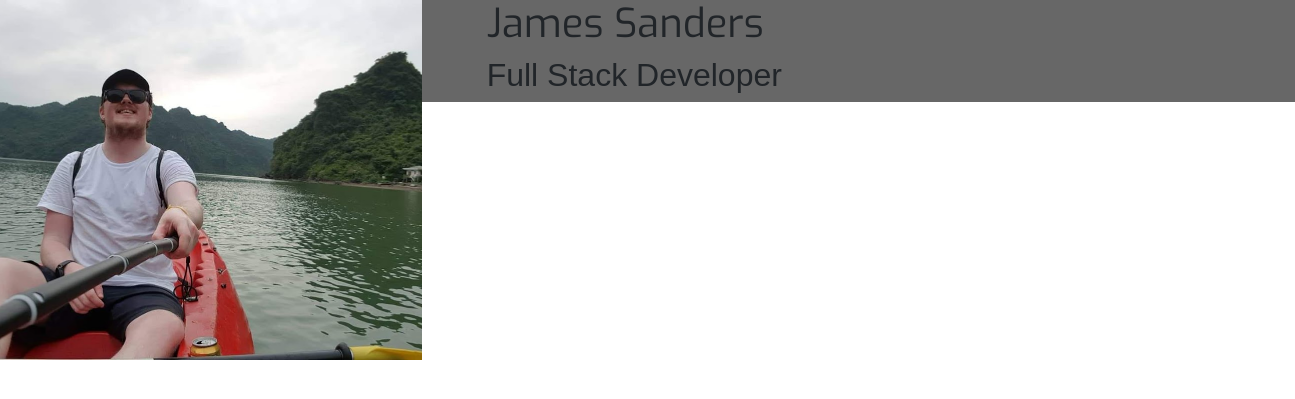
Repository: JaySanders95/my-online-resume
Page: index.html
These files come from the project's save history. The page is drawn as it stood at one moment and after the next save; the edit follows.
The browser window is 1280 px wide. The page is 1295 px wide, so the pictures cover 1295 px, including what lies to the right of the window. The pictures show the whole page.
Some web fonts or font styles are not loaded; a fallback is used.

Above is the page before, as saved 2023-04-17 17:03:10.

After the next save:
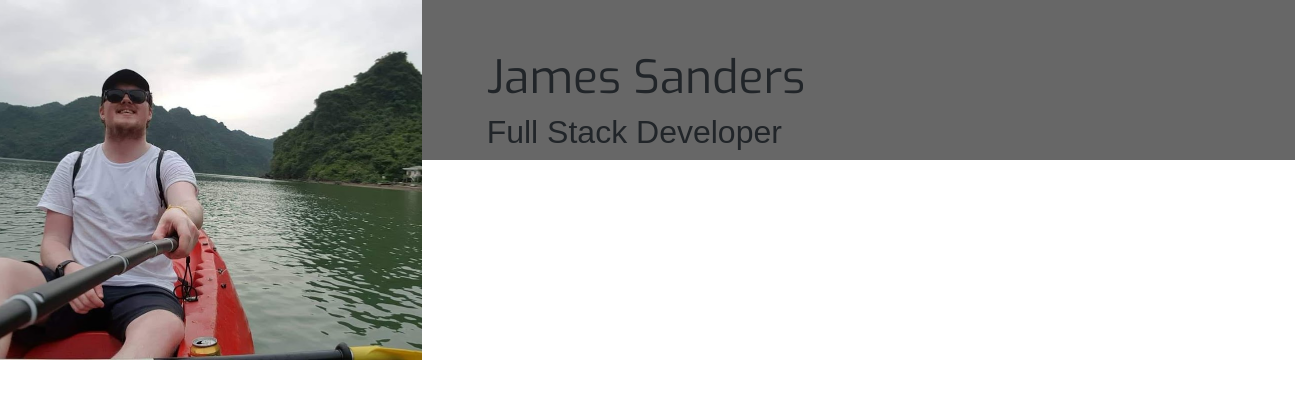
Saved 16 s later.
--- a/assets/css/style.css
+++ b/assets/css/style.css
@@ -25,7 +25,8 @@ header {
 .name {
     font-family: 'Exo', sans-serif;
     font-weight: 100;
-
+    font-size: 46px;
+    margin-top: 50px;
 }
 
 body {
